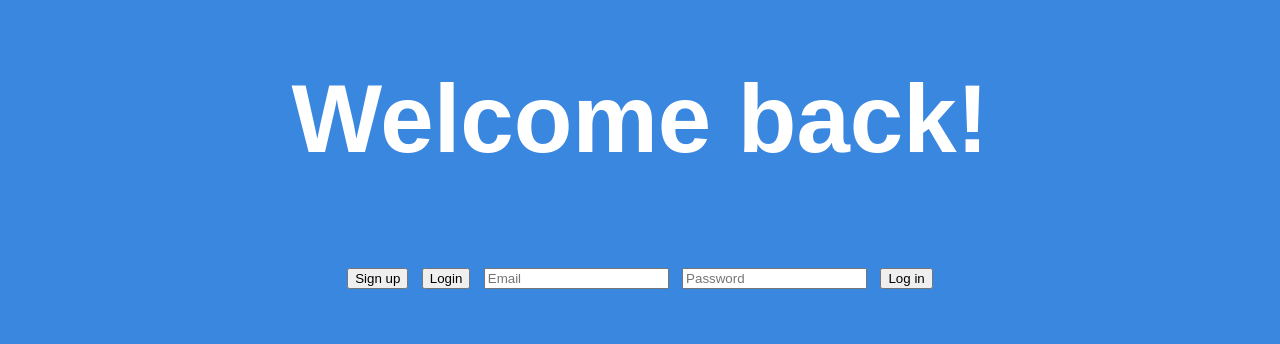
Repository: NicolasssCarlos/basic-flask-login
Page: http://localhost/
The author's editor kept a copy of each file at every save. The page is drawn from the files as they stood at one save, then again after the next save.
The browser window is 1280 px wide. The pictures show the whole page.
The page is served by the project's application, run on Flask 3 (app.py).

Above is the page before, as saved 2025-06-11 20:11:39.

After the next save:
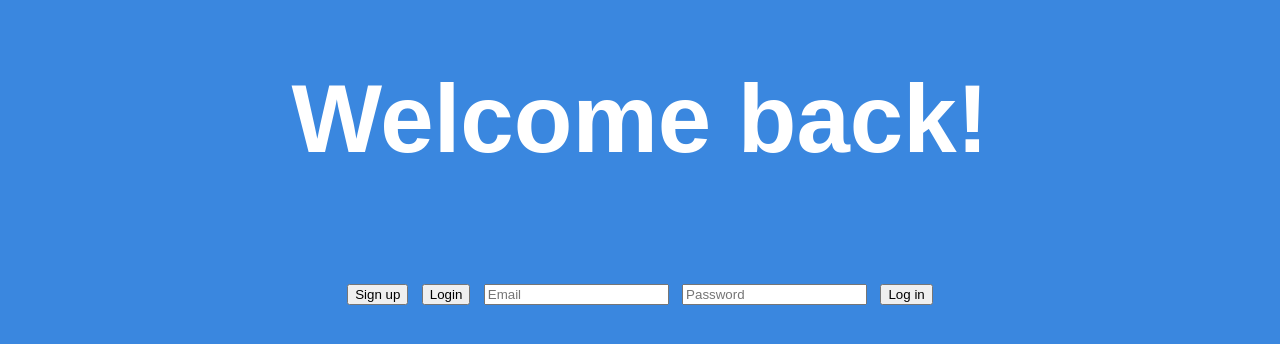
Saved 116 s later.
--- a/static/main.css
+++ b/static/main.css
@@ -46,5 +46,17 @@
     text-align: center;
 
 
-    flex-direction: column;
+    display: block;
+
+
+    width: 100%;
+
+
+    margin-bottom: 1rem;
+
+
+    padding: 1rem;
+
+
+    box-sizing: border-box;
 }

After the save that followed:
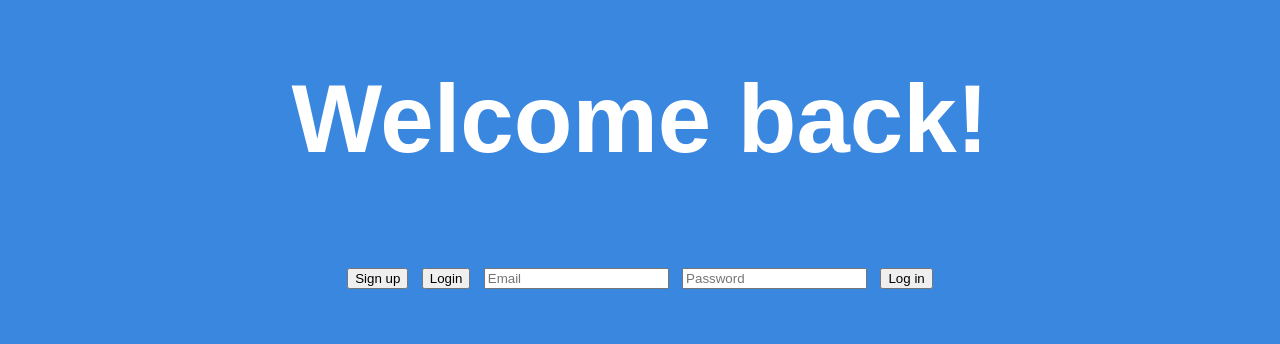
Saved 17 s later.
--- a/static/main.css
+++ b/static/main.css
@@ -46,17 +46,4 @@
     text-align: center;
 
 
-    display: block;
-
-
-    width: 100%;
-
-
-    margin-bottom: 1rem;
-
-
-    padding: 1rem;
-
-
-    box-sizing: border-box;
 }
